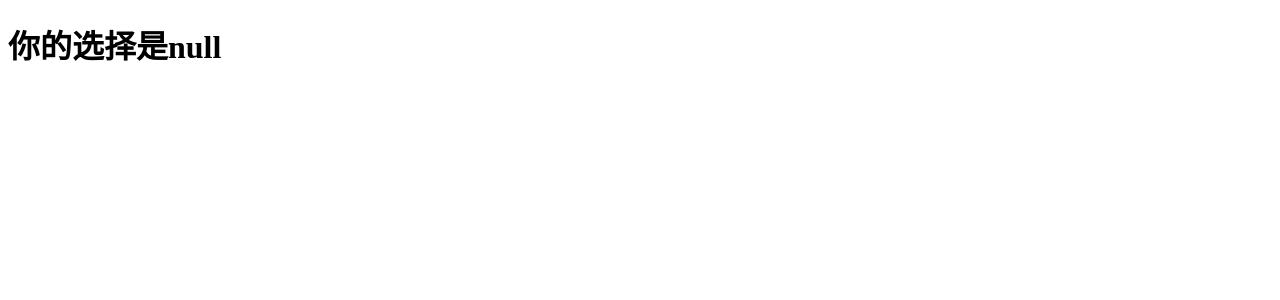
Repository: yz990219/InfectStatisticWeb
Page: http://localhost/MyInfectStatisticWeb/province.jsp
An editor plug-in stored every save of this project. The page is shown before and after the next save, followed by the edit.
The browser window is 1280 px wide. The pictures show the whole page.
The page is served by Tomcat 9.

Above is the page before, as saved 2020-03-13 16:10:00.

After the next save:
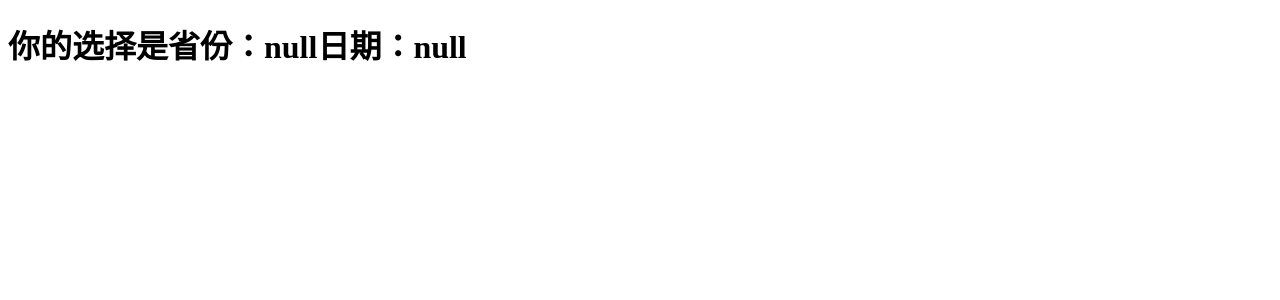
Saved 88 s later.
--- a/MyInfectStatisticWeb/WebContent/province.jsp
+++ b/MyInfectStatisticWeb/WebContent/province.jsp
@@ -8,6 +8,6 @@
 <title>Insert title here</title>
 </head>
 <body>
-<h1>你的选择是<%=request.getParameter("province_value") %></h1>
+<h1>你的选择是省份：<%=request.getParameter("province_value") %>日期：<%=request.getParameter("date") %></h1>
 </body>
 </html>
